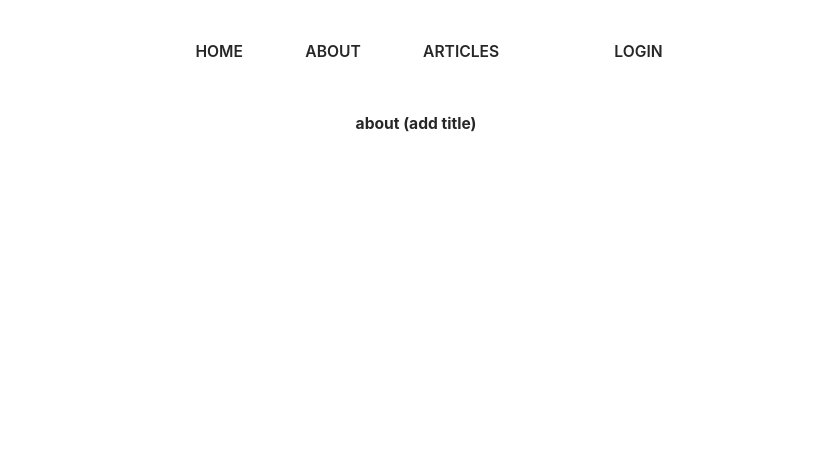
Repository: ValGrace/-static-site
Page: /about (app in client/)
An editor plug-in stored every save of this project. The page is shown before and after the next save, followed by the edit.
The browser window is 1280 px wide. The pictures show the whole page, at 65% of full size.
The project was rebuilt for these pictures with package versions that can differ from the ones it lists, and the page was loaded fresh each time. Also part of the build but not shown: client/vite.config.js, client/src/Utils/appwrite.js, client/src/Components/Inputs.css, client/src/Components/Login.jsx, client/src/Components/Signup.jsx, client/src/Components/HomeSection.jsx, client/src/Components/TopSection.jsx, client/src/Pages/HomePage.jsx.

Above is the page before, as saved 2023-02-05 13:59:53.

After the next save:
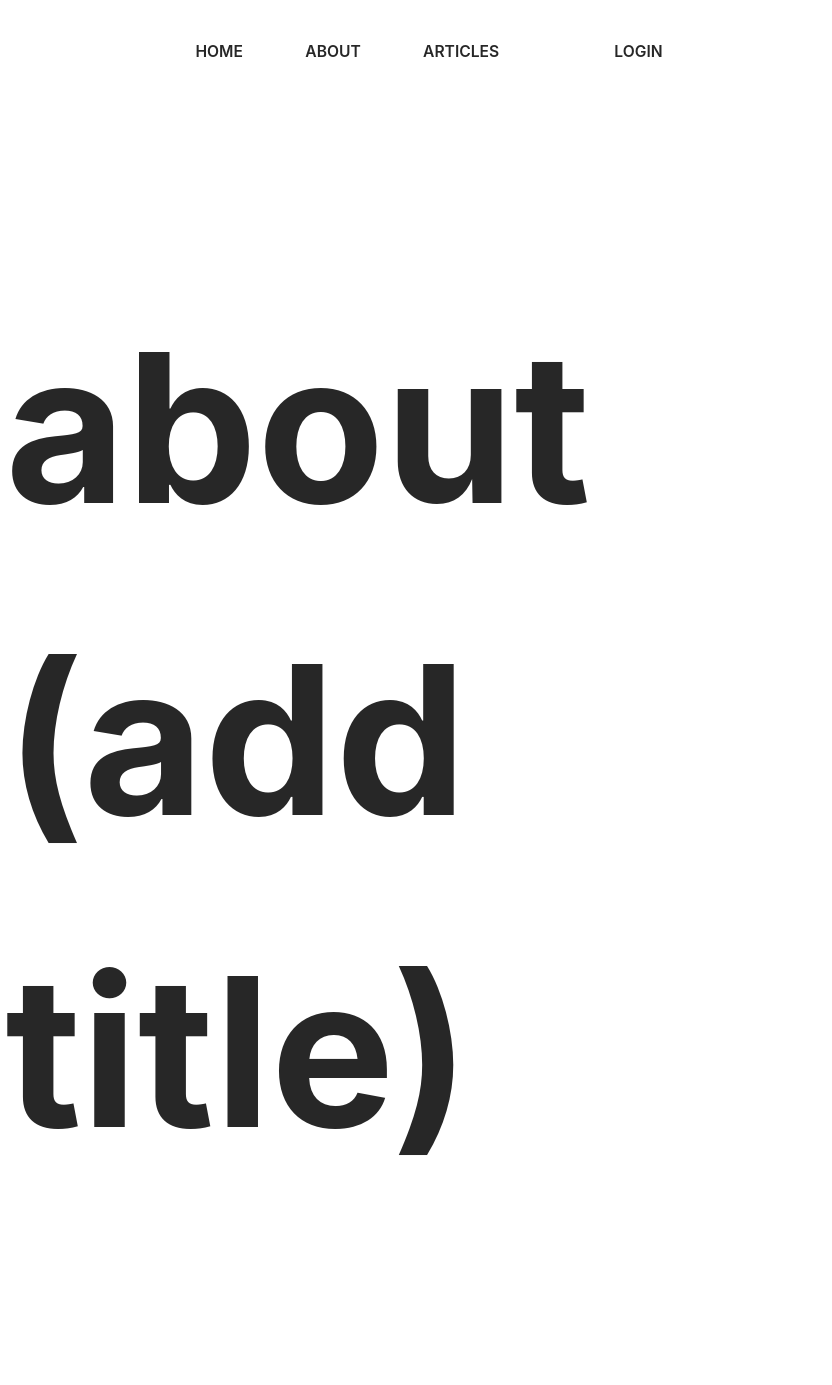
Saved 51 s later.
--- a/client/src/Pages/aboutPage.jsx
+++ b/client/src/Pages/aboutPage.jsx
@@ -1,5 +1,5 @@
 import Navbar from "../Components/Navbar"
-
+import "../Components/InfoPage.css"
 const AboutPage = () => {
    return (
     <>
